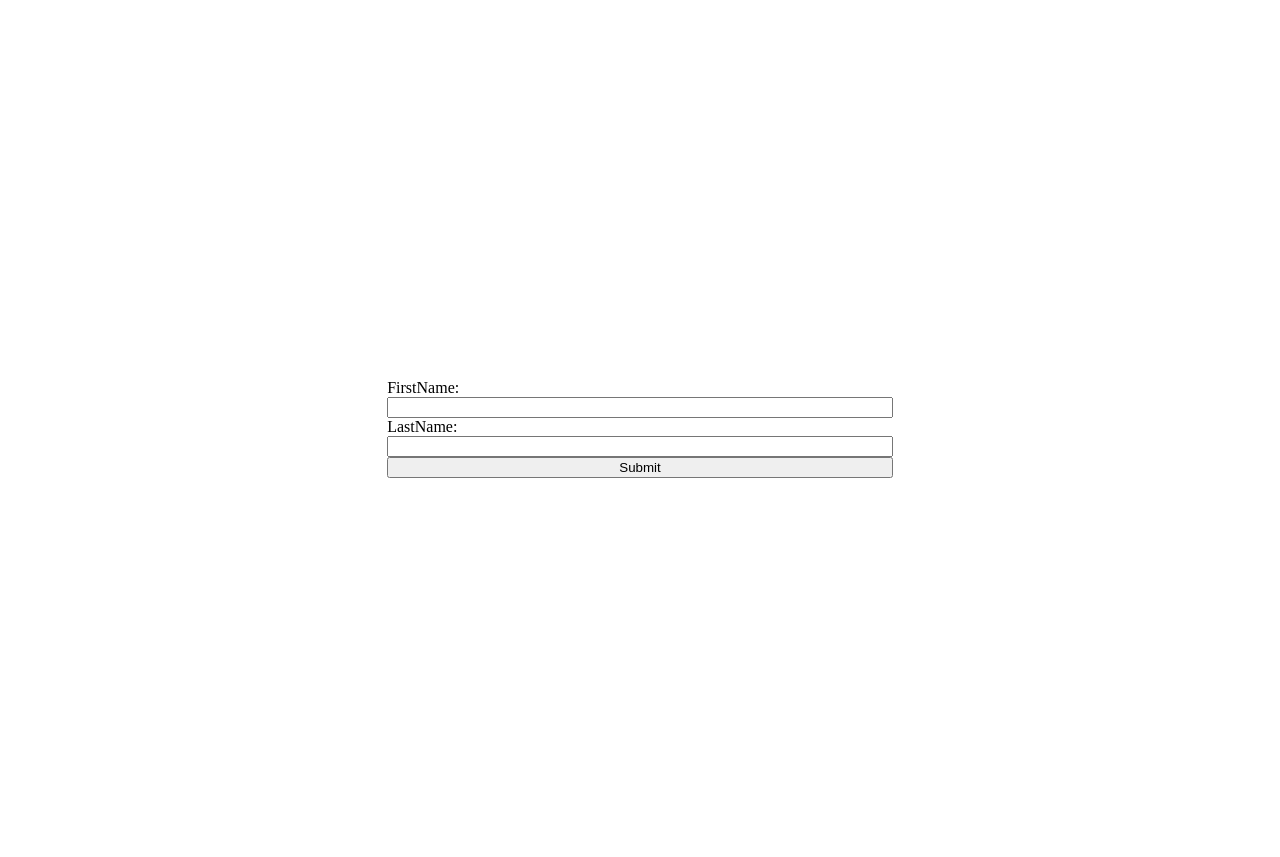
Repository: Vijay-aura/Wicket
Page: wicket-practice/src/main/java/com/form/InputFieldsPage.html
An editor plug-in stored every save of this project. The page is shown before and after the next save, followed by the edit.
The browser window is 1280 px wide. The pictures show the whole page.

Above is the page before, as saved 2024-03-04 12:42:16.

After the next save:
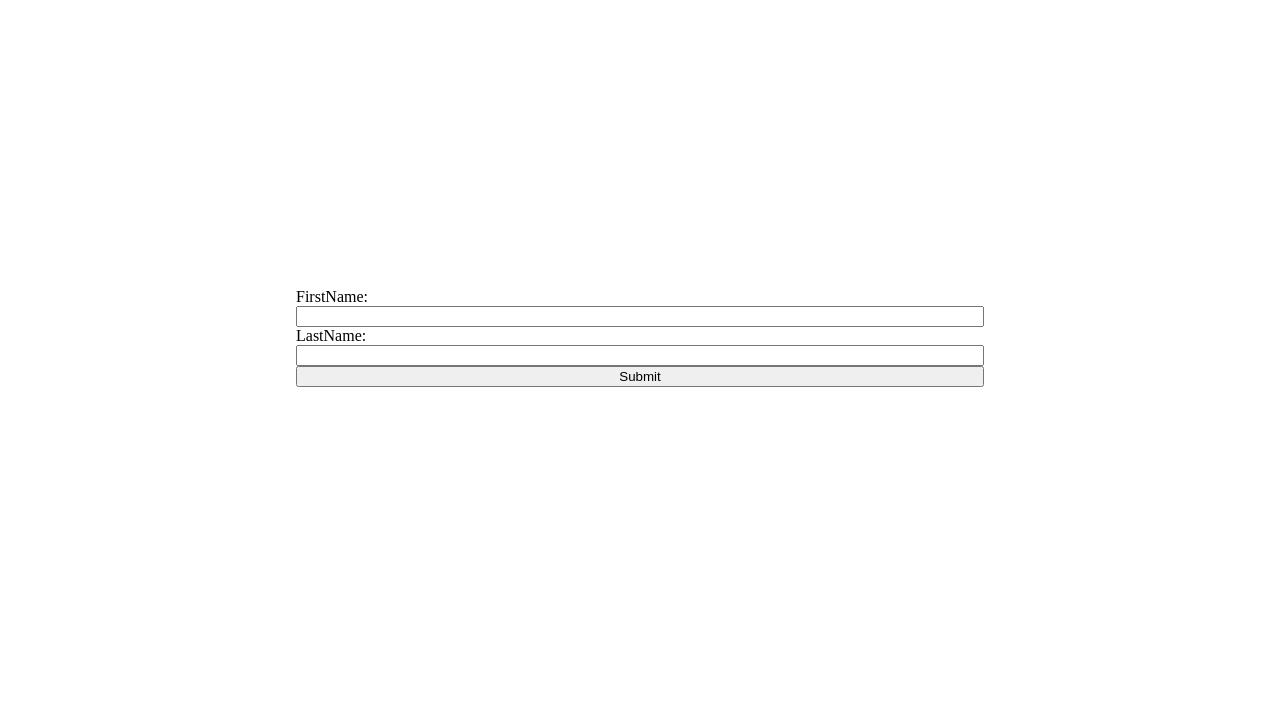
Saved 13 s later.
--- a/wicket-practice/src/main/java/com/form/InputFieldsPage.html
+++ b/wicket-practice/src/main/java/com/form/InputFieldsPage.html
@@ -9,7 +9,7 @@
 .form {
 	display: flex;
 	flex-direction: column;
-	margin:30%;
+	margin:18rem;
 }
 </style>
 </wicket:head>
